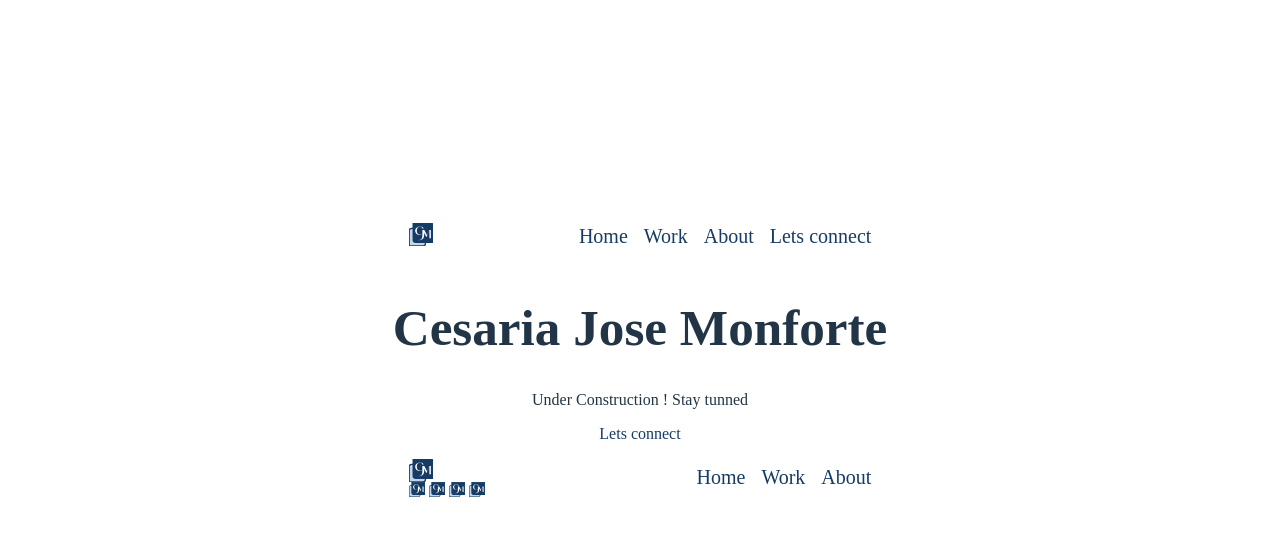
Repository: CesariaMonforte/cesariamonforte
Page: /
These files come from the project's save history. The page is drawn as it stood at one moment and after the next save; the edit follows.
The browser window is 1280 px wide. The pictures show the whole page.
The project was rebuilt for these pictures with package versions that can differ from the ones it lists, and the page was loaded fresh each time. Also part of the build but not shown: vite.config.js.

Above is the page before, as saved 2026-01-25 11:04:43.

After the next save:
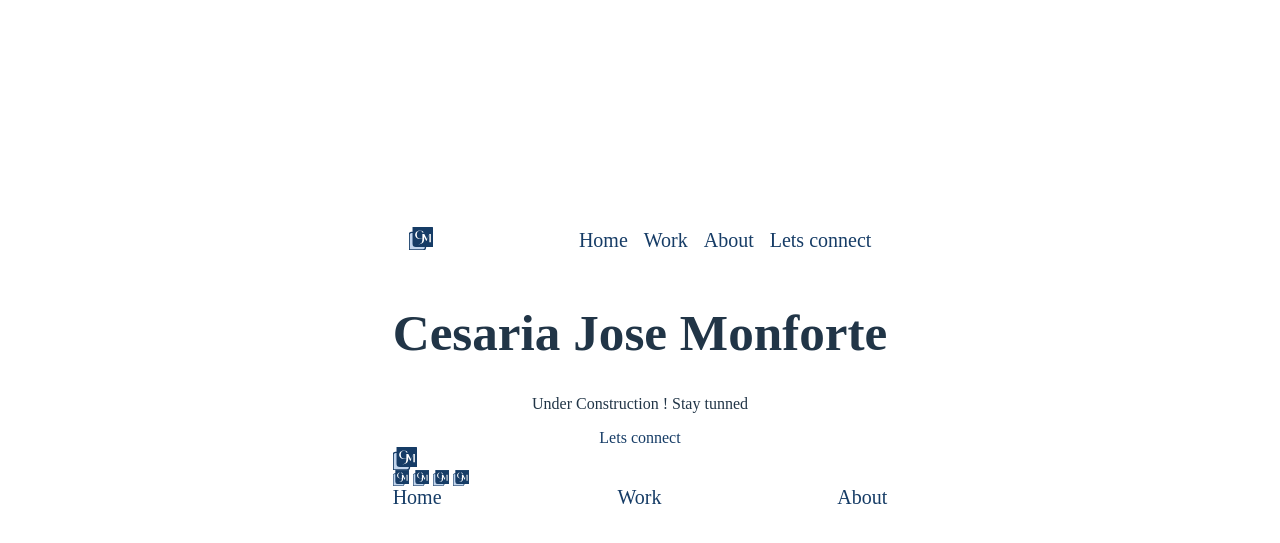
Saved 21 s later.
--- a/src/_ui/Footer/Footer.jsx
+++ b/src/_ui/Footer/Footer.jsx
@@ -2,7 +2,7 @@
 
 function Footer({}) {
     return (
-        <div className={styles.navbar}>
+        <div className={styles.container}>
             <div className={styles.container_logo_connection}>
                 <img
                     src='/Logo.svg'
